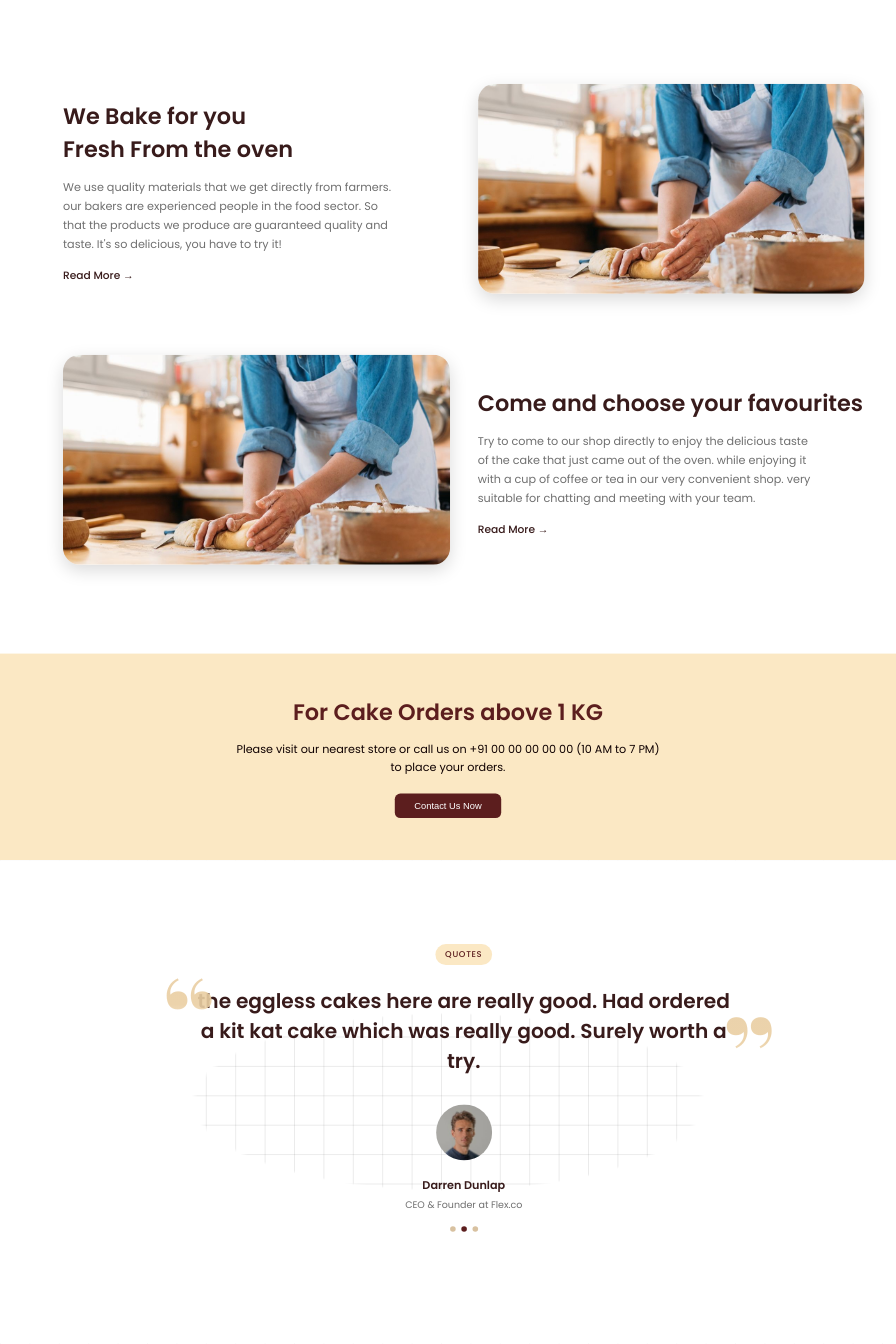
Repository: josegabrielzevallos/chocobrat-bakery-website
Page: index.html
These files come from the project's save history. The page is drawn as it stood at one moment and after the next save; the edit follows.
The browser window is 1280 px wide. The pictures show the part of the page from y = 1094 to 3014 px (the page is 3014 px tall), at 70% of full size.

Above is the page before, as saved 2025-11-20 17:52:54.

### index.html
<!DOCTYPE html>
<html lang="en">
<head>
    <meta charset="UTF-8" />
    <meta name="viewport" content="width=device-width, initial-scale=1.0" />
    <title>Chocobrat Bakery</title>

    <link href="https://fonts.googleapis.com/css2?family=Poppins:wght@300;400;500;600;700&family=Playfair+Display:wght@400;600;700;800;900&display=swap" rel="stylesheet">

    <link rel="stylesheet" href="styles.css" />
</head>
<body>

    <!-- NAVBAR -->
    <header>
        <nav class="navbar container">
            <h1 class="logo">Chocobrat</h1>

            <ul class="nav-links">
                <li><a class="active" href="#">Home</a></li>
                <li class="dropdown">
                    <a href="#">Categories ▾</a>
                </li>
                <li><a href="#">About Us</a></li>
                <li><a href="#">Contact Us</a></li>
            </ul>

            <div class="nav-actions">
                <input type="text" placeholder="Search" class="search-box" />
                <button class="icon-btn">🔍</button>
                 <button class="icon-btn">👤</button>
                <button class="icon-btn">🛒</button>

            </div>
        </nav>
    </header>

    <!-- HERO SECTION -->
    <section class="hero container">
        <div>
        <div class="hero-text">
            <div class="hero-img">
                <img src="./assets/images/b1-cake.png" alt="Cake">
            </div>
            <div class="carousel container">
                <div class="slider-controls">
                    <span class="arrow" id="prev">&larr;</span>
                    <span class="slide-text">01/7</span>
                    <span class="arrow" id="next">&rarr;</span>
                </div>
                <img src="assets/images/b2-cake.jpeg" class="thumb" />
                <img src="assets/images/b3-cake-red.png" class="thumb" />
                <img src="assets/images/b4-cake.jpg" class="thumb" />

            </div>
                <h2>Bring you Happiness <br> through a piece of cake</h2>
                <p>We make different type of cakes, chocolate, soft cookies, cheesecake pie or anything you want.</p>

                <div class="hero-buttons">
                    <button class="btn primary">Order Now</button>
                    <button class="btn secondary">See All Menus</button>
                </div>
            </div>


        </div>
        <div class="hero-ba" >
            <!-- CAROUSEL STATIC -->


            <div class="title-row">
                <h2>Try Our Best Selling</h2>
                <div class="divider"></div>
                <p>Here’s our best creations that everyone loves. Lightness and sweetness of the cake...</p>
            </div>
        </div>
    </section>



    <!-- BEST SELLING SECTION -->
    <section class="best-selling container">


        <div class="product-grid">

            <!-- CARD 1 -->
            <article class="card">
                <img src="assets/images/b5-cakes.png" alt="">
                <h3>Red Velvet & Cream Cheese (500g)</h3>
                <div class="rating">
                    ⭐⭐⭐⭐☆ <span>4.0 Rating</span>
                </div>
            </article>

            <!-- CARD 2 -->
            <article class="card">
                <img src="assets/images/b6-cakes.png" alt="">
                <h3>Red Velvet & Cream Cheese (500g)</h3>
                <div class="rating">
                    ⭐⭐⭐⭐☆ <span>4.0 Rating</span>
                </div>
            </article>

            <!-- CARD 3 -->
            <article class="card">
                <img src="assets/images/b7-cakes.png" alt="">
                <h3>Red Velvet & Cream Cheese (500g)</h3>
                <div class="rating">
                    ⭐⭐⭐⭐☆ <span>4.0 Rating</span>
                </div>
            </article>

            <!-- CARD 4 -->
            <article class="card">
                <img src="assets/images/b8-cakes.png" alt="">
                <h3>Red Velvet & Cream Cheese (500g)</h3>
                <div class="rating">
                    ⭐⭐⭐⭐☆ <span>4.0 Rating</span>
                </div>
            </article>
              <!-- CARD 5 -->
            <article class="card">
                <img src="assets/images/b9-cakes.png" alt="">
                <h3>Red Velvet & Cream Cheese (500g)</h3>
                <div class="rating">
                    ⭐⭐⭐⭐☆ <span>4.0 Rating</span>
                </div>
            </article>
        </div>

        <center>
            <button class="btn view-more">View More →</button>
        </center>
    </section>

        <!-- STORY / ABOUT BAKERY SECTION -->
    <section class="story container">
        <article class="story-card">

            <div class="story-text">
                <h2>We Bake for you<br>Fresh From the oven</h2>
                <p>
                    We use quality materials that we get directly from farmers.
                    <br>our bakers are experienced people in the food sector. So
                    <br>that the products we produce are guaranteed quality and
                    <br>taste. It's so delicious, you have to try it!
                </p>
                <a href="#" class="story-link">Read More →</a>
            </div>
            <div class="story-img">
                <img src="./assets/images/b9-women.jpeg" alt="Baker preparing pastry">
            </div>

        </article>


        <article class="story-card">

            <div class="story-img">
                <img src="./assets/images/b9-women.jpeg" alt="Baker rolling dough">
            </div>

            <div class="story-text">
                <h2>Come and choose your favourites</h2>
                <p>
                    Try to come to our shop directly to enjoy the delicious taste
                    <br>of the cake that just came out of the oven. while enjoying it
                    <br>with a cup of coffee or tea in our very convenient shop. very
                    <br>suitable for chatting and meeting with your team.
                </p>
                <a href="#" class="story-link">Read More →</a>
            </div>

        </article>

    </section>

    <!-- CAKE ORDER BANNER -->
    <section class="order-banner">
        <div class="order-banner-inner">
            <h2>For Cake Orders above 1 KG</h2>
            <p>
                Please visit our nearest store or call us on +91 00 00 00 00 00 (10 AM to 7 PM)
            <br>
                to place your orders.
            </p>
            <button class="btn primary order-btn">Contact Us Now</button>
        </div>
    </section>

    <!-- QUOTES SECTION -->
    <section class="quotes-section">
        <div class="container quotes-inner">
            <span class="quotes-label">QUOTES</span>

            <p class="quote-text">
                the eggless cakes here are really good. Had ordered a kit kat cake which was
                really good. Surely worth a try.
            </p>

            <div class="quote-author">
                <div class="quote-avatar">
                    <img src="./assets/images/b10-man.jpeg" alt="Darren Dunlap">
                </div>
                <h3>Darren Dunlap</h3>
                <p class="quote-role">CEO &amp; Founder at Flex.co</p>

                <div class="quote-dots">
                    <span class="quote-dot"></span>
                    <span class="quote-dot active"></span>
                    <span class="quote-dot"></span>
                </div>
            </div>
        </div>
    </section>
</body>
</html>

### styles.css
/* ===== RESET ===== */
* {
    margin: 0;
    padding: 0;
    box-sizing: border-box;
}

body {
    font-family: "Poppins", sans-serif;
    background-color: #ffffff;
    background-color: #FFF;
    color: #381B1B;
}

.container {
    max-width: 1478px;
    /* margin: auto; */

    padding-bottom:20px ;
    padding-left: 50px;
    padding-right: 5px;
}

/* ===== NAVBAR ===== */
header {
    background: #FFF;
    padding: 0px 0;
}

.navbar {
    display: flex;
    align-items: center;
    justify-content: space-between;
}

.logo {
    font-size: 1.8rem;
    font-weight: 600;
}

.nav-links {
    display: flex;
    list-style: none;
    gap: 30px;
}

.nav-links a {
    text-decoration: none;
    color: #6F6F6F;
    font-weight: 500;
}

.nav-links .active {
    color: #381B1B;
    font-weight: 600;
}

.nav-actions {
    display: flex;
    align-items: center;
    gap: 12px;
}

.search-box {
    padding: 10px 15px;
    border-radius: 8px;
    border: 1px solid #ddd;
}

.icon-btn {
    background: #5C1E1E;
    color: #fff;
    padding: 10px;
    border-radius: 8px;
    border: none;
}

/* ===== HERO ===== */
.hero {
    /* display: flex; */
    display: block;
    align-items: center;
    justify-content: space-between;
    background: linear-gradient(to right, white, #f1ecdc);

    margin-top: 40px;
    background-color: #FFF8F2;
    border-radius: 16px;
}

.hero-text {
    max-width: 100%;
}
.hero-back{
    /* float: right; */
    margin-top: 200px;
    margin-right: 50px;
}

.hero-text h2 {
    font-size: 2.8rem;
    line-height: 1.2;
    margin-bottom: 15px;
}

.hero-text p {
    font-size: 1rem;
    color: #6F6F6F;
    margin-bottom: 25px;
}

.hero-buttons {
    display: flex;
    gap: 15px;
}

.btn {
    padding: 12px 30px;
    font-weight: 500;
    border-radius: 8px;
    border: none;
    cursor: pointer;
}

.primary {
    background: #5C1E1E;
    color: white;
}

.secondary {
    background: white;
    border: 1px solid #5C1E1E;
    color: #5C1E1E;
}

.hero-img img {
    width: 480px;
    border-radius: 12px;
    float: right;
}

/* ===== CAROUSEL ===== */
.carousel {
    margin-top: -125px;
    display: flex;
    gap: 10px;
    clear: both;
    overflow-x: hidden;
    padding-bottom: 10px;
    float:right;
    background: #f6ffff59;
    border-top-left-radius: 64px;
    border-bottom-left-radius: 64px;

}

.slider-controls {
      display: flex;
      align-items: center;
      gap: 16px;           /* espacio entre flecha y texto */
      font-family: Arial, sans-serif;
      font-size: 18px;
    }

.divider {
  width: 1.5px;
  height: 53px; /* Ajusta el largo de la línea */
  background-color: #000000; /* Color suave como en tu imagen */
    background-color: #FFF8F2;
    border-radius: 16px;
}

.thumb {
    width: 180px;
    height: 110px;
    border-radius: 12px;
    object-fit: cover;
}

/* ===== BEST SELLING ===== */
.best-selling {
    margin-top: 60px;
}

.title-row {
    display: flex;
    justify-content: space-between;
    margin-bottom: 30px;
    clear: both;
    padding-top: 60px;
}

.title-row h2 {
    font-size: 2rem;
    color: #381B1B;
}

.title-row p {
    max-width: 45%;
    color: #6F6F6F;
}

/* ===== PRODUCT GRID ===== */
.product-grid {
    display: grid;
    grid-template-columns: repeat(5, 1fr);
    gap: 25px;
    margin-top: 30px;
}

.card {
    background: #fff;
    padding: 15px;
    border-radius: 15px;
    box-shadow: 0 4px 15px rgba(0,0,0,0.06);
}

.card img {
    width: 100%;
    height: 180px;
    border-radius: 12px;
    object-fit: cover;
}

.card h3 {
    margin: 12px 0 5px;
    font-size: 1rem;
}

.rating {
    color: #F2C94C;
    font-size: 0.9rem;
}

.rating span {
    color: #6F6F6F;
    margin-left: 5px;
}

.view-more {
    margin-top: 25px;
    background: white;
    border: 1px solid #381B1B;
    color: #381B1B;
}

/* ===== STORY / ABOUT BAKERY SECTION ===== */
.story {
    margin-top: 80px;
    display: flex;
    flex-direction: column;
    gap: 6  0px;
}

.story-card {
    display: flex;
    align-items: center;
    justify-content: space-between;   /* nuevo */
    gap: 40px;
    padding: 40px;
}

.story-card-reverse {
    flex-direction: row-reverse;
}

.story-text {
    flex: 1;        /* 50% del espacio */
}

.story-text h3 {
    font-size: 1rem;
    font-weight: 500;
    color: #A35A4A;
    margin-bottom: 4px;
}

.story-text h2 {
    font-size: 2rem;
    font-weight: 600;
    margin-bottom: 16px;
    color: #381B1B;
}

.story-text p {
    color: #6F6F6F;
    line-height: 1.7;
    margin-bottom: 18px;
}

.story-link {
    text-decoration: none;
    font-weight: 500;
    color: #381B1B;
    font-size: 0.95rem;
}

.story-img {
    flex: 1;        /* 50% del espacio */
}

.story-img img {
    width: 100%;
    height: 100%;
    max-height: 300px;     /* evita que se extienda demasiado */
    object-fit: cover;
    border-radius: 24px;
    box-shadow: 0 8px 25px rgba(0, 0, 0, 0.15);
}

/* ===== ORDER BANNER ===== */
.order-banner {
    background-color: #FBE8C4;   /* banda beige */
    padding: 60px 20px;
    margin-top: 60px;
}

.order-banner-inner {
    max-width: 800px;
    margin: 0 auto;
    text-align: center;
}

.order-banner h2 {
    font-size: 2rem;
    font-weight: 600;
    color: #5C1E1E;             /* marrón del botón/nav */
    margin-bottom: 16px;
}

.order-banner p {
    color: #0f0101;
    line-height: 1.6;
    margin-bottom: 24px;
}

.order-btn {
    /* ya hereda .btn y .primary, solo ajustamos un poco el tamaño */
    padding: 10px 28px;
    border-radius: 8px;
}

/* ===== QUOTES / TESTIMONIAL SECTION ===== */
.quotes-section {
    position: relative;
    padding: 80px 20px 100px;
    background-color: #FFFFFF;

    /* cuadrícula punteada */
    background-image:
        repeating-linear-gradient(
            to right,
            rgba(0,0,0,0.08) 0px,
            rgba(0,0,0,0.08) 1px,
            transparent 1px,
            transparent 70px
        ),
        repeating-linear-gradient(
            to bottom,
            rgba(0,0,0,0.08) 0px,
            rgba(0,0,0,0.08) 1px,
            transparent 1px,
            transparent 70px
        );

    background-size: 19.5px 19.5px;
}

.quotes-inner {
    text-align: center;
}

.quotes-label {
    display: inline-block;
    padding: 6px 14px;
    font-size: 0.75rem;
    letter-spacing: 0.08em;
    text-transform: uppercase;
    border-radius: 999px;
    background-color: #FBE8C4;
    color: #5C1E1E;
    font-weight: 500;
}

/* COMILLAS GRANDES DE FONDO */
.quote-text {
    position: relative;
    max-width: 780px;
    margin: 30px auto 40px;
    font-size: 1.8rem;
    line-height: 1.5;
    font-weight: 600;
    color: #381B1B;
    z-index: 2;
}

.quote-text::before,
.quote-text::after {
    font-family: 'Playfair Display', serif;
    position: absolute;
    font-size: 150px;
    font-weight: 950;
    pointer-events: none;
    z-index: 0;

    /* degradado real */
    background: linear-gradient(
        to bottom,
        #e7cda4 0%,
        #eacfa3 45%,
        rgba(255,255,255,0.8) 80%,
        rgba(255,255,255,1) 100%
    );
    -webkit-background-clip: text;
    color: transparent;

    opacity: 0.9;  /* alta para que se note la panza blanca */
}


.quote-text::before {
    content: "“";
    left: -40px;
    top: -75px;
}

.quote-text::after {
    content: "”";
    right: -55px;
    bottom: -75px;
}


.quote-author {
    display: flex;
    flex-direction: column;
    align-items: center;
    gap: 6px;
}

.quote-avatar img {
    width: 80px;
    height: 80px;
    border-radius: 50%;
    object-fit: cover;
    /*box-shadow: 0 8px 25px rgba(0, 0, 0, 0.15);*/
}

.quote-author h3 {
    margin-top: 10px;
    font-size: 1rem;
    font-weight: 600;
    color: #381B1B;
}

.quote-role {
    font-size: 0.85rem;
    color: #6F6F6F;
}

/* tres puntitos inferiores */
.quote-dots {
    margin-top: 14px;
    display: flex;
    gap: 8px;
    justify-content: center;
}

.quote-dot {
    width: 8px;
    height: 8px;
    border-radius: 50%;
    background-color: #D8C1A0;
}

.quote-dot.active {
    width: 8px;
    height: 8px;
    background-color: #5C1E1E;
}

/* OVAL TRANSPARENTE EN EL CENTRO DE LA SECCION */
.quotes-section {
    position: relative;
    padding: 120px 0 140px;

    /* cuadrícula que ya tenés */
    background-color: #FFFFFF;
    background-image:
        repeating-linear-gradient(
            to right,
            rgba(0,0,0,0.08) 0px,
            rgba(0,0,0,0.08) 1px,
            transparent 1px,
            transparent 42px
        ),
        repeating-linear-gradient(
            to bottom,
            rgba(0,0,0,0.08) 0px,
            rgba(0,0,0,0.08) 1px,
            transparent 1px,
            transparent 42px
        );
    background-size: 42px 42px;
}

/* Circulo con interior transparente */
.quotes-section::before {
    content: "";
    position: absolute;
    inset: 0;

    background: white;

    /* zona central recortada (transparente) */
    mask-image: radial-gradient(
        ellipse 70% 45% at center,
        transparent 40%,
        black 41%
    );



    pointer-events: none;
    z-index: 2; /* Cubre todo excepto el centro */
}

/* El contenido debe quedar encima del recorte */
.quotes-inner {
    position: relative;
    z-index: 3;
}

After the next save:
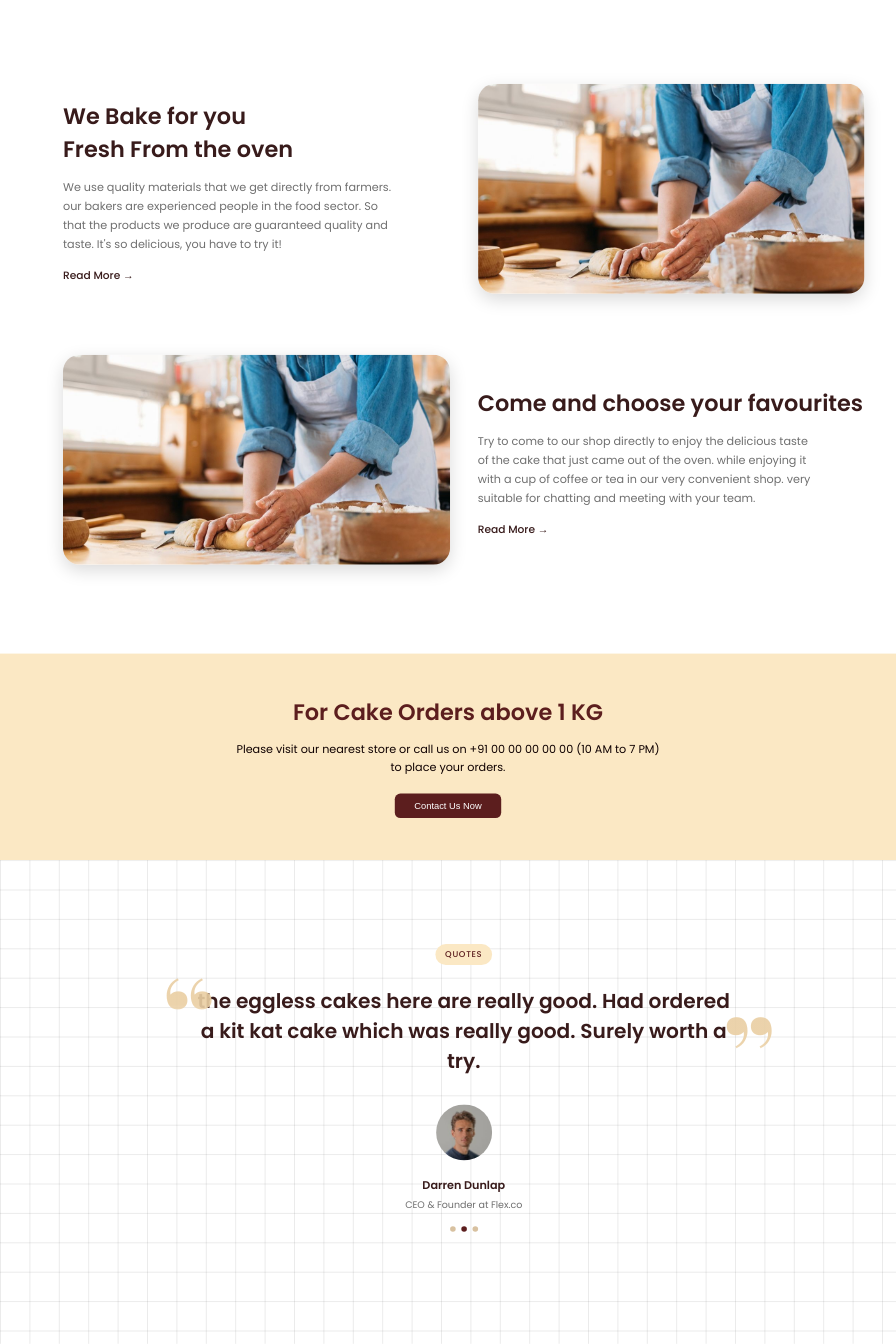
Saved 2 min 15 s later.
--- a/styles.css
+++ b/styles.css
@@ -514,12 +514,16 @@ header {
 
     /* zona central recortada (transparente) */
     mask-image: radial-gradient(
-        ellipse 70% 45% at center,
-        transparent 40%,
-        black 41%
+        ellipse 110% 105% at center,   /* 💥 MUCHO más grande hacia todas las direcciones */
+        transparent 70%,               /* 💥 zona visible ampliada */
+        black 71%
     );
 
-
+    -webkit-mask-image: radial-gradient(
+        ellipse 110% 105% at center,
+        transparent 70%,
+        black 71%
+    );
 
     pointer-events: none;
     z-index: 2; /* Cubre todo excepto el centro */
